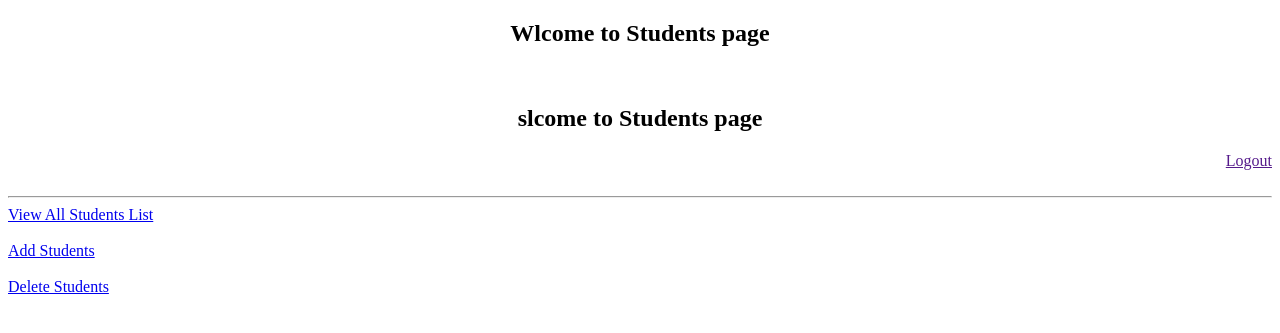
Repository: mdzeyan/JavaFSD-phase2-project
Page: Learners_Academy/src/main/webapp/Home.html
The author's editor kept a copy of each file at every save. The page is drawn from the files as they stood at one save, then again after the next save.
The browser window is 1280 px wide. The pictures show the whole page.

Above is the page before, as saved 2022-03-29 11:14:10.

### Learners_Academy/src/main/webapp/Home.html
<!DOCTYPE html>
<html>
<head>
<meta charset="ISO-8859-1">
<title>Insert title here</title>
</head>
<body>

	<h2 align="center">Wlcome to Students page</h2>
	<br>
	<h2 align="center">slcome to Students page</h2>
	<div align="right"><a href="">Logout</a></div>

	<br>
	<hr></hr>
	<a href="ViewStudentList.html">View All Students List</a>
	<br><br>
	<a href="AddStudent.html">Add Students</a>
	<br><br>
	<a href="DeleteStudent.html">Delete Students</a>

</body>
</html>

After the next save:
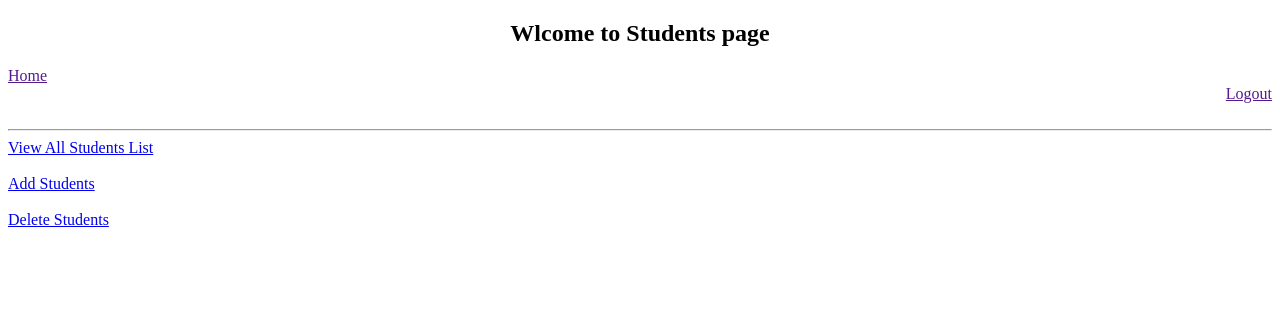
Saved 45 s later.
--- a/Learners_Academy/src/main/webapp/Home.html
+++ b/Learners_Academy/src/main/webapp/Home.html
@@ -7,8 +7,7 @@
 <body>
 
 	<h2 align="center">Wlcome to Students page</h2>
-	<br>
-	<h2 align="center">slcome to Students page</h2>
+	<div align="left"><a href="">Home</a></div>
 	<div align="right"><a href="">Logout</a></div>
 
 	<br>
